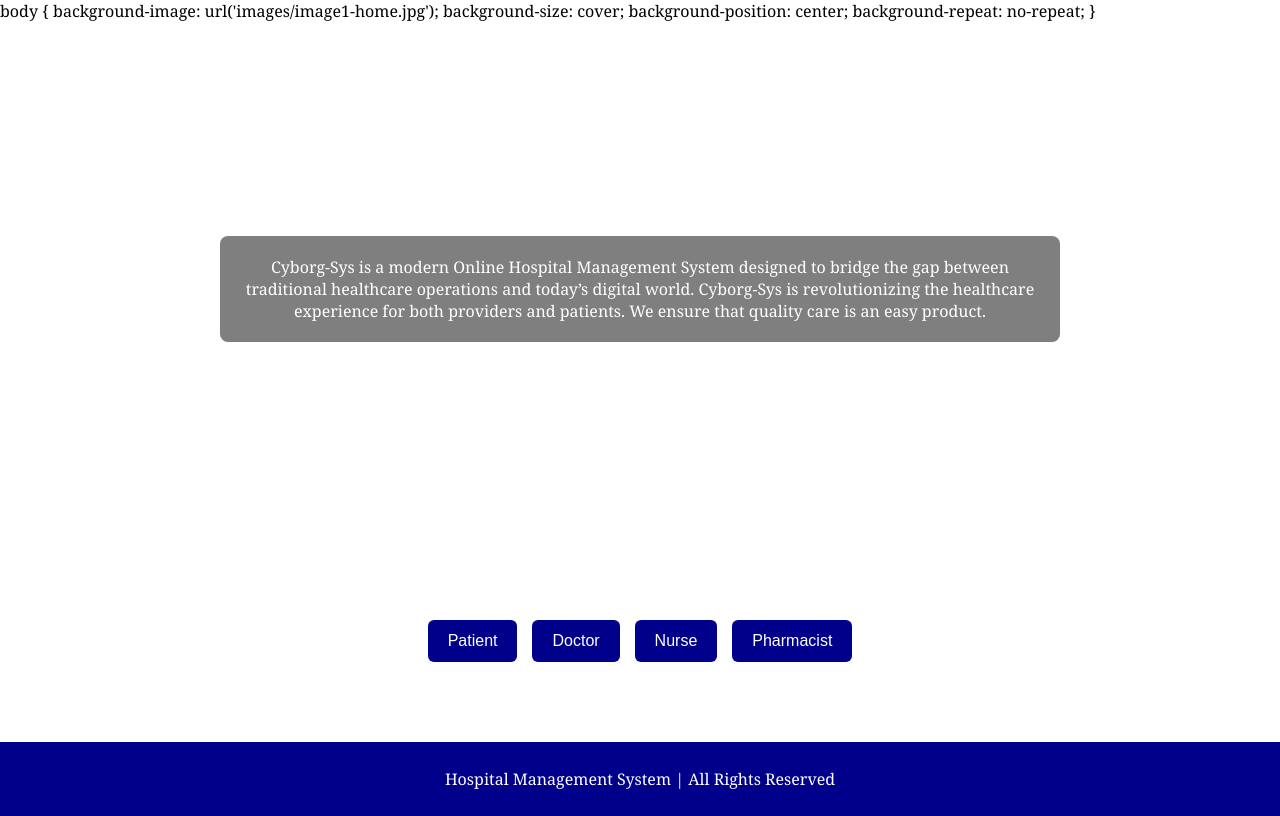
Repository: BinuriJ/HospitalSystem
Page: http://localhost/CyborgSys/home.jsp
The author's editor kept a copy of each file at every save. The page is drawn from the files as they stood at one save, then again after the next save.
The browser window is 1280 px wide. The pictures show the whole page.
The page is served by Tomcat 9.

Above is the page before, as saved 2025-05-09 18:46:52.

After the next save:
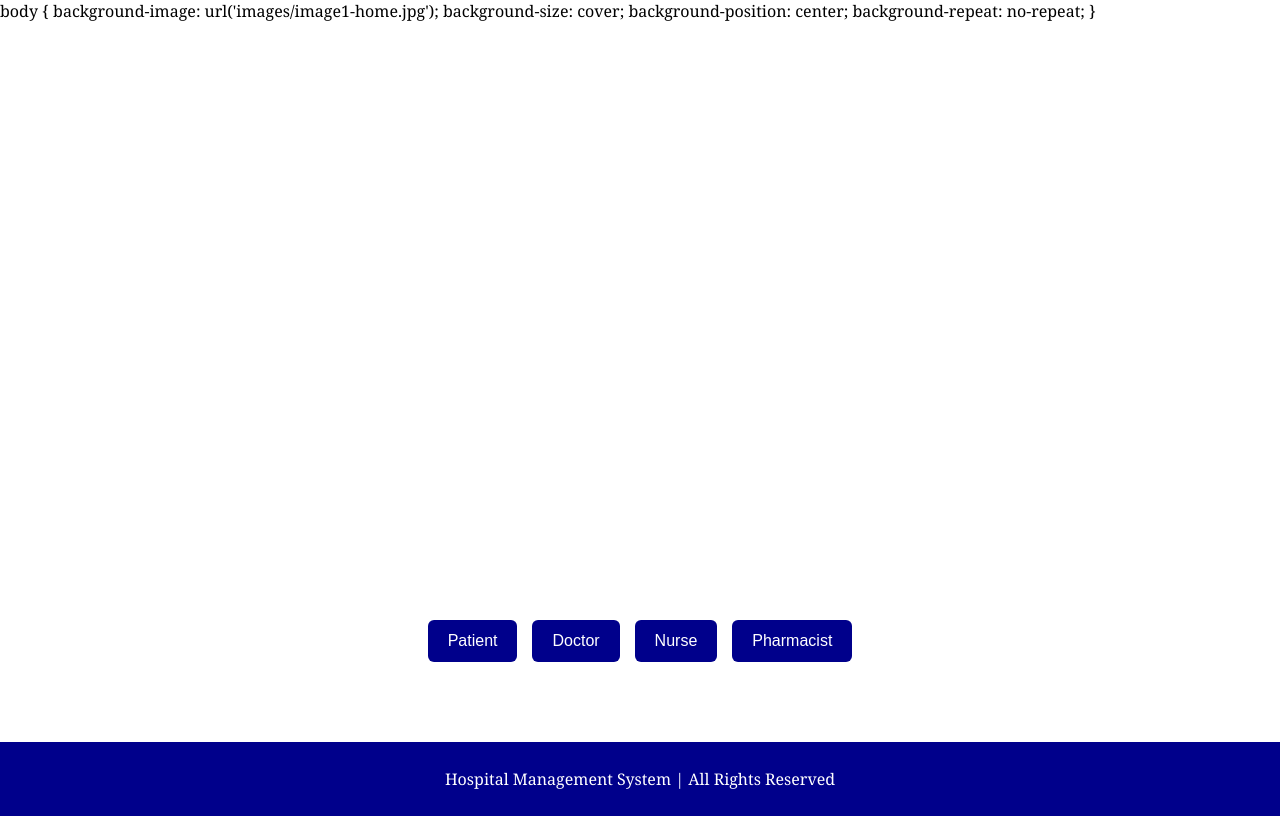
Saved 51 s later.
--- a/CyborgSys/WebContent/homeCss.jsp
+++ b/CyborgSys/WebContent/homeCss.jsp
@@ -32,7 +32,7 @@
     font-size: 16px;
     max-width: 800px;
     margin: 0 auto;
-    background-color: rgba(0, 0, 0, 0.5);
+
     padding: 20px;
     border-radius: 8px;
 }

After the save that followed:
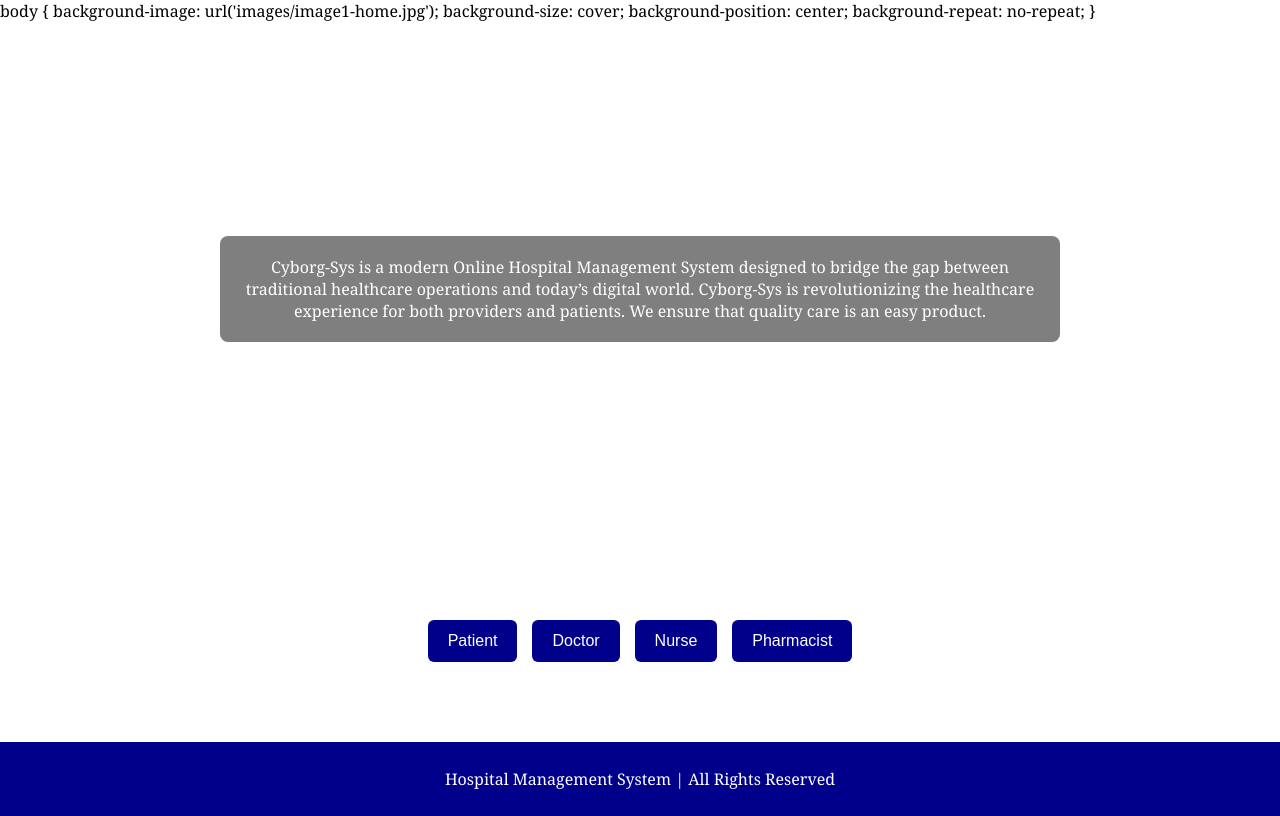
Saved 6 s later.
--- a/CyborgSys/WebContent/homeCss.jsp
+++ b/CyborgSys/WebContent/homeCss.jsp
@@ -32,7 +32,7 @@
     font-size: 16px;
     max-width: 800px;
     margin: 0 auto;
-
+    background-color: rgba(0, 0, 0, 0.5);
     padding: 20px;
     border-radius: 8px;
 }
